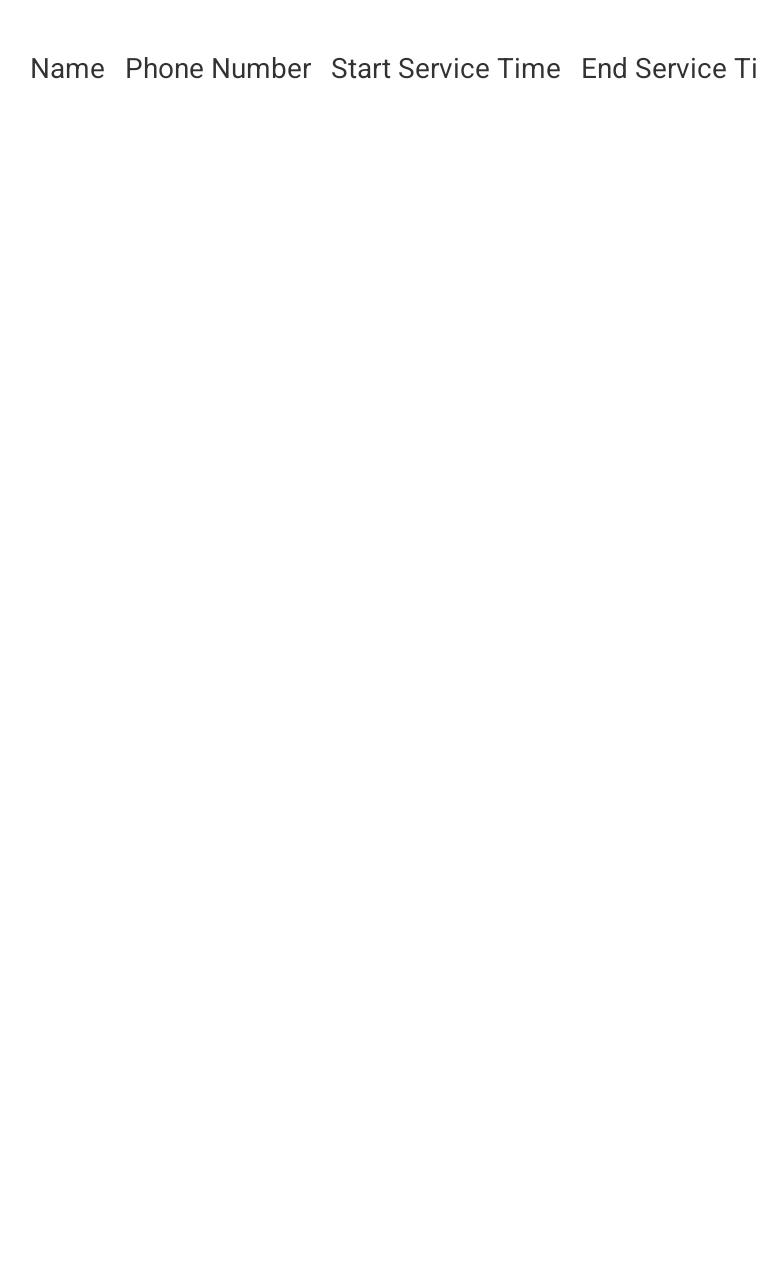
Repository: judemailom/queue-manager
Layout: QueueManager/res/layout/activity_logs.xml
An editor plug-in stored every save of this project. The layout is shown before and after the next save, followed by the edit.
It is drawn on a 768 x 1280 px phone screen (xhdpi) without system bars, with theme AppTheme; the app's code is not run.

Above is the layout before, as saved 2014-01-29 16:38:53.

### QueueManager/res/layout/activity_logs.xml
<ScrollView xmlns:android="http://schemas.android.com/apk/res/android"
    xmlns:tools="http://schemas.android.com/tools"
    android:layout_width="match_parent"
    android:layout_height="wrap_content"
    tools:context=".LogsActivity" >

	<LinearLayout
	        android:layout_width="match_parent"
	        android:layout_height="wrap_content"
	        android:orientation="vertical" >

     	<TextView
     	  android:id="@+id/log_date"
          android:layout_width="wrap_content"
          android:layout_height="wrap_content"
          android:layout_gravity="center_vertical"
          android:gravity="left"
          android:paddingLeft="10dp"
          android:textAppearance="?android:attr/textAppearanceSmall" />

        <TableLayout
            android:id="@+id/table_log"
            android:layout_width="match_parent"
            android:layout_height="wrap_content" >

        	<TableRow
                android:id="@+id/log_header"
                android:layout_width="wrap_content"
                android:layout_height="wrap_content"
                android:padding="@dimen/table_padding" >

		     	<TextView
		     	  android:layout_width="wrap_content"
		          android:layout_height="wrap_content"
		          android:layout_gravity="center_vertical"
		          android:gravity="left"
		          android:paddingLeft="10dp"
		          android:text="@string/name_head"
         		  android:textAppearance="?android:attr/textAppearanceSmall" />

        	    <TextView
		     	  android:layout_width="wrap_content"
		          android:layout_height="wrap_content"
		          android:layout_gravity="center_vertical"
		          android:gravity="left"
		          android:paddingLeft="10dp"
		          android:text="@string/number_head"
       			  android:textAppearance="?android:attr/textAppearanceSmall" />

        	    <TextView
		     	  android:layout_width="wrap_content"
		          android:layout_height="wrap_content"
		          android:layout_gravity="center_vertical"
		          android:gravity="left"
		          android:paddingLeft="10dp"
		          android:text="@string/start_head"
                  android:textAppearance="?android:attr/textAppearanceSmall" />

        	    <TextView
		     	  android:layout_width="wrap_content"
		          android:layout_height="wrap_content"
		          android:layout_gravity="center_vertical"
		          android:gravity="left"
		          android:paddingLeft="10dp"
		          android:text="@string/end_head"
                  android:textAppearance="?android:attr/textAppearanceSmall" />

            </TableRow>

		</TableLayout>
	</LinearLayout>
</ScrollView>

### QueueManager/res/values/styles.xml
<resources>

    <!--
        Base application theme, dependent on API level. This theme is replaced
        by AppBaseTheme from res/values-vXX/styles.xml on newer devices.
    -->
    <style name="AppBaseTheme" parent="android:Theme.Light.NoTitleBar">
        <!--
            Theme customizations available in newer API levels can go in
            res/values-vXX/styles.xml, while customizations related to
            backward-compatibility can go here.
        -->
    </style>

    <!-- Application theme. -->
    <style name="AppTheme" parent="AppBaseTheme">
        <!-- All customizations that are NOT specific to a particular API-level can go here. -->
    </style>
    <color name="white">#FFFFFF</color>
    <color name="gray">#F0F0F0</color>

</resources>

### QueueManager/res/values/dimens.xml
<resources>

    <!-- Default screen margins, per the Android Design guidelines. -->
    <dimen name="activity_horizontal_margin">20dp</dimen>
    <dimen name="activity_vertical_margin">20dp</dimen>
    <dimen name="font_title">50dp</dimen>
    <dimen name="font_home">20dp</dimen>
    <dimen name="table_padding">5dp</dimen>

</resources>

### QueueManager/res/values/strings.xml
<?xml version="1.0" encoding="utf-8"?>
<resources>

    <string name="app_name">Queue Manager</string>
    <string name="action_settings">Edit Profile</string>
    <string name="title">Logo</string>
    <string name="login">Login</string>
    <string name="hint_password">Password</string>
    <string name="title_activity_home">HomeActivity</string>
    <string name="hello_world">Hello world!</string>
    <string name="desc_calendar">calendar</string>
    <string name="desc_queue">queue count</string>
    <string name="desc_clock">clock</string>
    <string name="button_close">OPEN QUEUE</string>
    <string name="button_pause">CLOSE QUEUE</string>
    <string name="button_export">EXPORT</string>
    <string name="title_activity_queue">Queue</string>
    <string name="now_serving">Now Serving</string>
    <string name="current_queue">Current Queue</string>
    <string name="desc_now_serving">now_serving</string>
    <string name="desc_current_queue">current_queue</string>
    <string name="queue_count">CLOSED QUEUE</string>
    <string name="about">About</string>
    <string name="help">Help</string>
    <string name="title_activity_settings">Settings</string>
    <string name="title_activity_about">About</string>
    <string name="title_activity_help">Help</string>
    <string name="company_name">Company Name</string>
    <string name="hint"></string>
    <string name="profile_address">Address</string>
    <string name="profile_phone">Contact No.</string>
    <string name="profile_password">Password</string>
    <string name="save">Save</string>
    <string name="title_activity_logs">LogsActivity</string>
	<string name="name_head">Name</string>
	<string name="number_head">Phone Number</string>
	<string name="start_head">Start Service Time</string>
	<string name="end_head">End Service Time</string>

</resources>

Loaded but not shown: QueueManager/res/values-v11/styles.xml (common file); QueueManager/res/values-v14/styles.xml (common file)

After the next save:
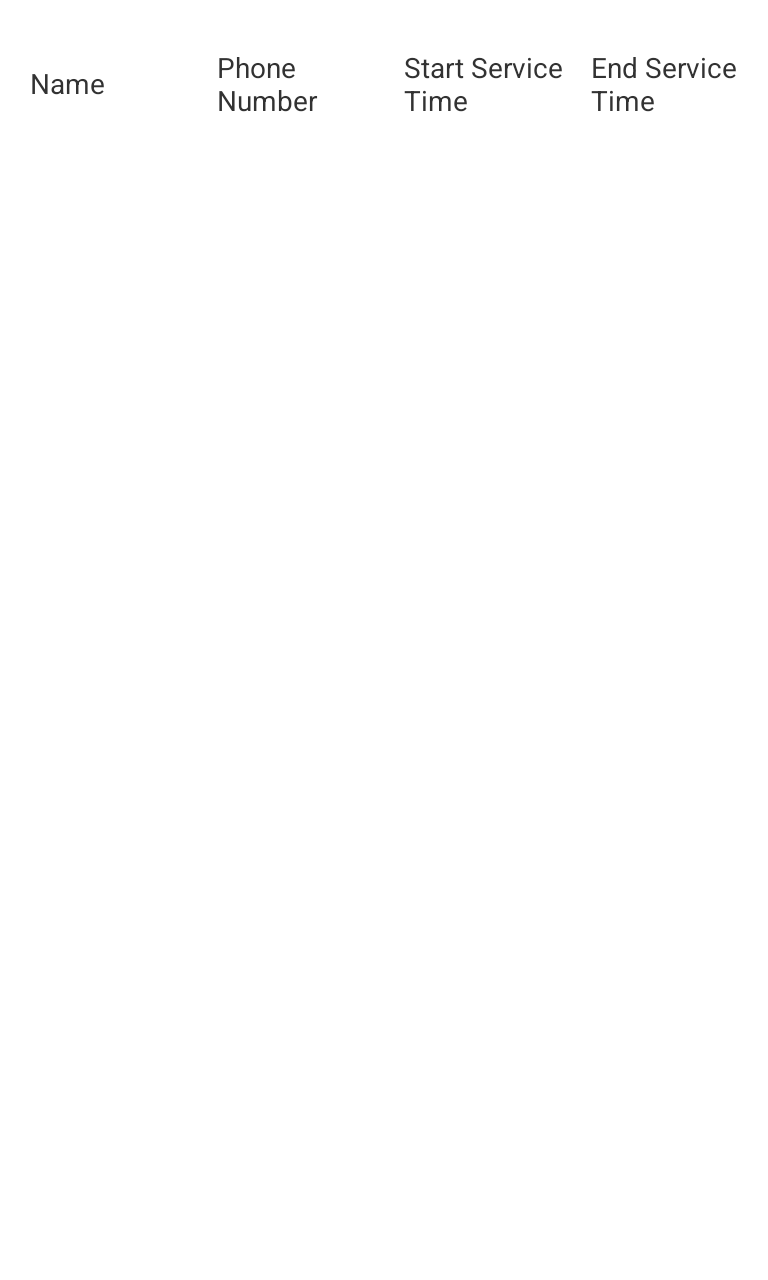
Saved 2 min 24 s later.
--- a/QueueManager/res/layout/activity_logs.xml
+++ b/QueueManager/res/layout/activity_logs.xml
@@ -24,48 +24,52 @@
             android:layout_height="wrap_content" >
 
         	<TableRow
-                android:id="@+id/log_header"
-                android:layout_width="wrap_content"
-                android:layout_height="wrap_content"
-                android:padding="@dimen/table_padding" >
-
-		     	<TextView
-		     	  android:layout_width="wrap_content"
-		          android:layout_height="wrap_content"
-		          android:layout_gravity="center_vertical"
-		          android:gravity="left"
-		          android:paddingLeft="10dp"
-		          android:text="@string/name_head"
-         		  android:textAppearance="?android:attr/textAppearanceSmall" />
+        	    android:id="@+id/log_header"
+        	    android:layout_width="wrap_content"
+        	    android:layout_height="wrap_content"
+        	    android:baselineAligned="_baseline"
+        	    android:padding="@dimen/table_padding" >
 
         	    <TextView
-		     	  android:layout_width="wrap_content"
-		          android:layout_height="wrap_content"
-		          android:layout_gravity="center_vertical"
-		          android:gravity="left"
-		          android:paddingLeft="10dp"
-		          android:text="@string/number_head"
-       			  android:textAppearance="?android:attr/textAppearanceSmall" />
+        	        android:layout_width="0dp"
+        	        android:layout_height="wrap_content"
+        	        android:layout_gravity="center_vertical"
+        	        android:layout_weight="1"
+        	        android:gravity="left"
+        	        android:paddingLeft="10dp"
+        	        android:text="@string/name_head"
+        	        android:textAppearance="?android:attr/textAppearanceSmall" />
 
         	    <TextView
-		     	  android:layout_width="wrap_content"
-		          android:layout_height="wrap_content"
-		          android:layout_gravity="center_vertical"
-		          android:gravity="left"
-		          android:paddingLeft="10dp"
-		          android:text="@string/start_head"
-                  android:textAppearance="?android:attr/textAppearanceSmall" />
+        	        android:layout_width="0dp"
+        	        android:layout_height="wrap_content"
+        	        android:layout_gravity="center_vertical"
+        	        android:layout_weight="1"
+        	        android:gravity="left"
+        	        android:paddingLeft="10dp"
+        	        android:text="@string/number_head"
+        	        android:textAppearance="?android:attr/textAppearanceSmall" />
 
         	    <TextView
-		     	  android:layout_width="wrap_content"
-		          android:layout_height="wrap_content"
-		          android:layout_gravity="center_vertical"
-		          android:gravity="left"
-		          android:paddingLeft="10dp"
-		          android:text="@string/end_head"
-                  android:textAppearance="?android:attr/textAppearanceSmall" />
+        	        android:layout_width="0dp"
+        	        android:layout_height="wrap_content"
+        	        android:layout_gravity="center_vertical"
+        	        android:layout_weight="1"
+        	        android:gravity="left"
+        	        android:paddingLeft="10dp"
+        	        android:text="@string/start_head"
+        	        android:textAppearance="?android:attr/textAppearanceSmall" />
 
-            </TableRow>
+        	    <TextView
+        	        android:layout_width="0dp"
+        	        android:layout_height="wrap_content"
+        	        android:layout_gravity="center_vertical"
+        	        android:layout_weight="1"
+        	        android:gravity="left"
+        	        android:paddingLeft="10dp"
+        	        android:text="@string/end_head"
+        	        android:textAppearance="?android:attr/textAppearanceSmall" />
+        	</TableRow>
 
 		</TableLayout>
 	</LinearLayout>
